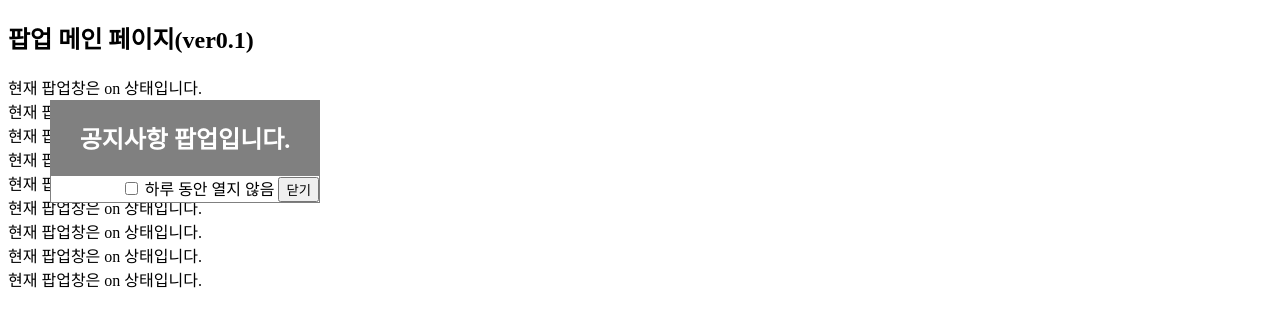
Repository: bluelessman/JSPServlet
Page: http://localhost/ServletStudy/04Cookie/PopupMain.jsp
An editor plug-in stored every save of this project. The page is shown before and after the next save, followed by the edit.
The browser window is 1280 px wide. The pictures show the whole page.
The page is served by Tomcat 10.

Above is the page before, as saved 2023-12-13 01:41:36.

After the next save:
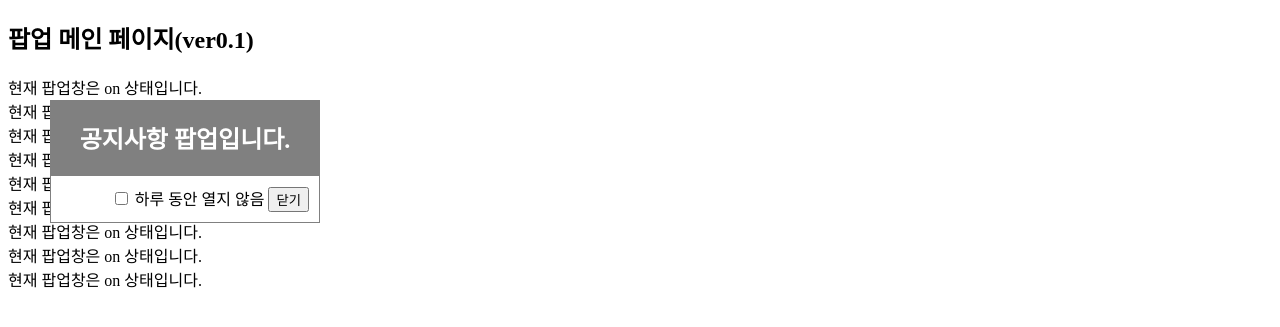
Saved 17 s later.
--- a/ServletStudy/src/main/webapp/04Cookie/PopupMain.jsp
+++ b/ServletStudy/src/main/webapp/04Cookie/PopupMain.jsp
@@ -13,7 +13,7 @@ div#popup{
 position: absolute; top:100px; left:50px; color:white; width:270px;height:100px;background-color:gray;
 }
 div#popup>div{
-position:relatvie; background-color:white; top:0px; border:1px solid gray; padding:10x;color:black;
+position:relatvie; background-color:white; top:0px; border:1px solid gray; padding:10px;color:black;
 }
 </style>
 <script src="https:/ajax.googleapis.com/ajax/libs/jquery/3.7.0/jquery.min.js"></script>
